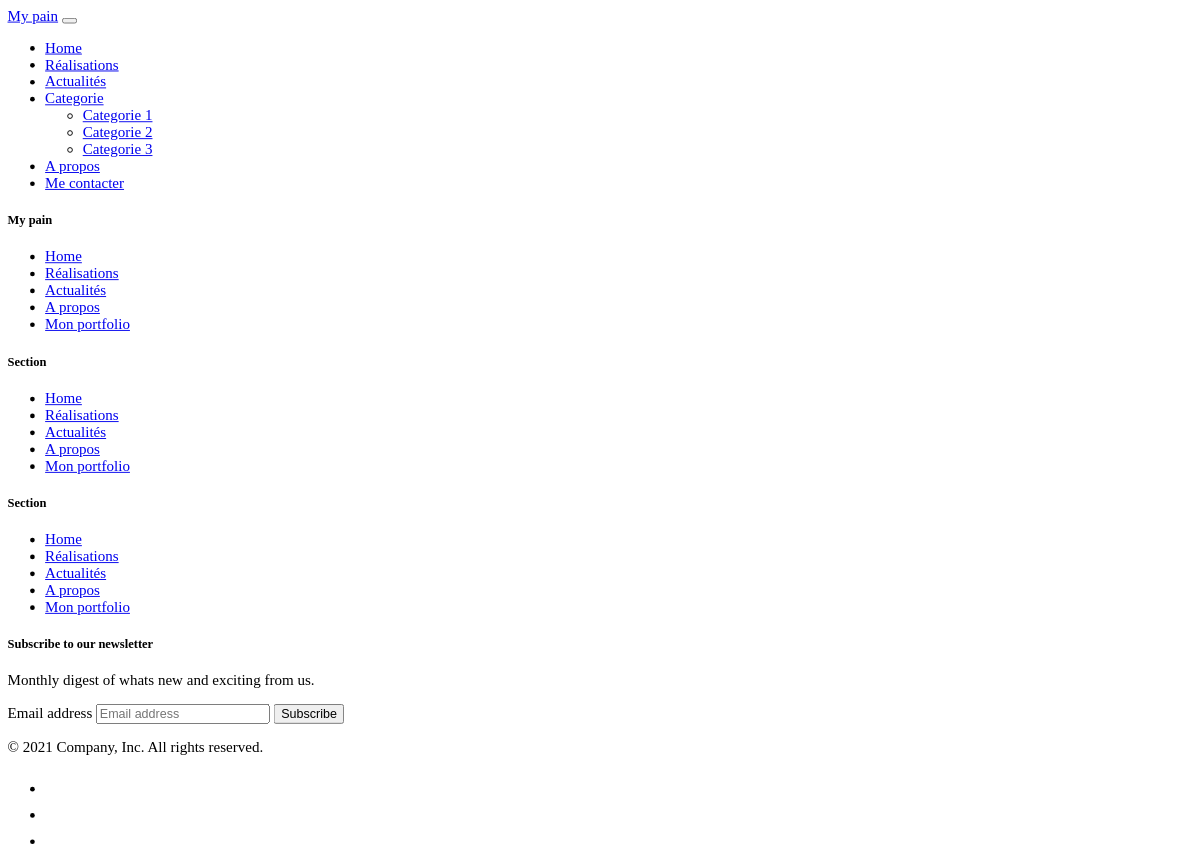
Repository: Amedee7/mypain
Page: templates/a_propos/index.html.twig
These files come from the project's save history. The page is drawn as it stood at one moment and after the next save; the edit follows.
The browser window is 1280 px wide. The pictures show the whole page, at 94% of full size.
The page is a Twig template of a Symfony application; nobody is signed in and links lead nowhere. The template is opened directly, without the code that normally fills it, so the values that code supplies are empty.

Above is the page before, as saved 2022-03-09 17:14:36.

After the next save:
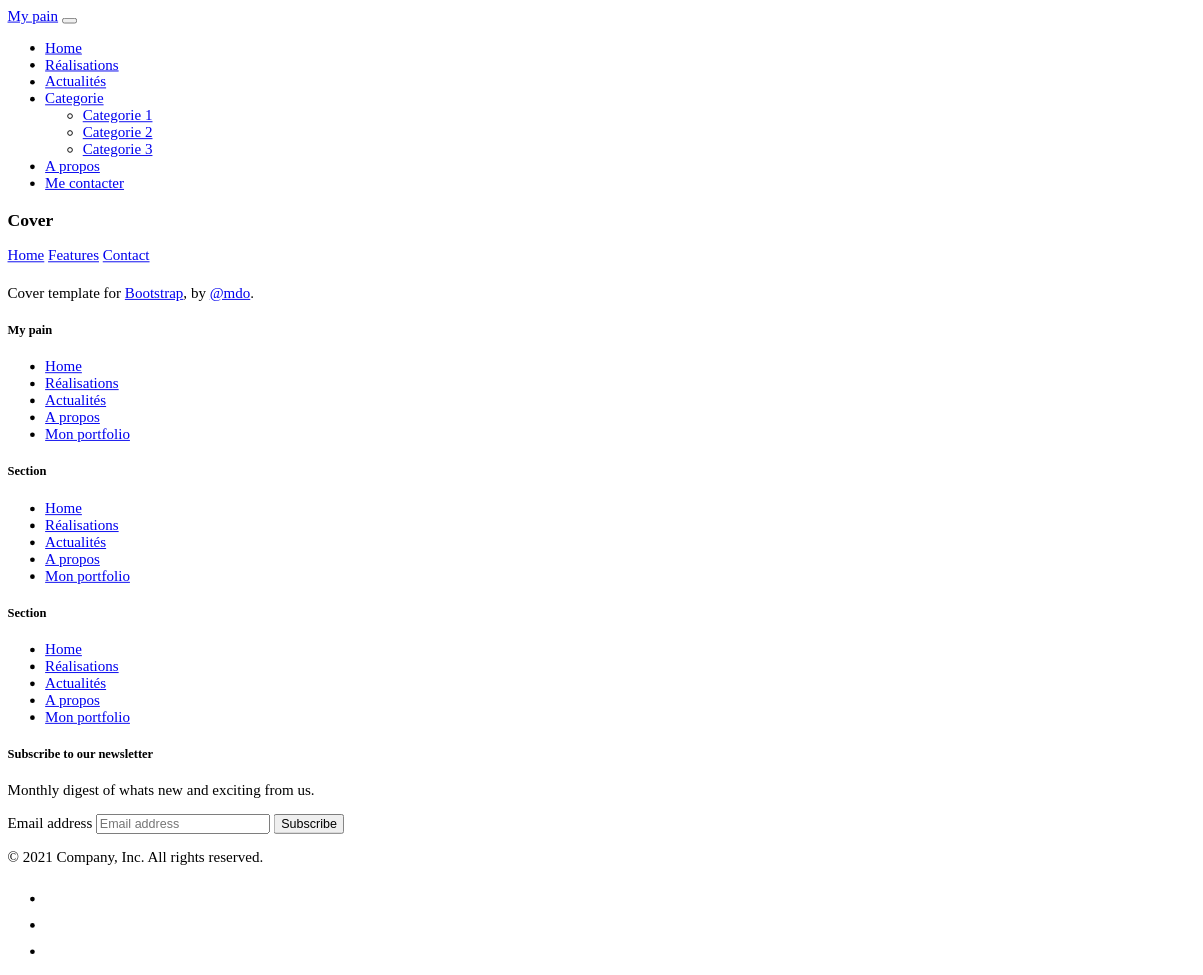
Saved 3 min 7 s later.
--- a/templates/a_propos/index.html.twig
+++ b/templates/a_propos/index.html.twig
@@ -4,11 +4,29 @@
 {% endblock %}
 
 {% block body %}
-	<div class="cover-container d-flex w-100 h-100 p-3 mx-auto flex-column">
+
+	<div class="cover-container d-flex w-100 h-100 p-3 mx-auto flex-column bg-dark">
+		<header class="mb-auto">
+			<div>
+				<h3 class="float-md-start mb-0">Cover</h3>
+				<nav class="nav nav-masthead justify-content-center float-md-end">
+					<a class="nav-link active" aria-current="page" href="#">Home</a>
+					<a class="nav-link" href="#">Features</a>
+					<a class="nav-link" href="#">Contact</a>
+				</nav>
+			</div>
+		</header>
+
 		<main class="px-3">
 			<h1>{{ peintre.prenom }}
 				{{ peintre.nom }}</h1>
 			<p class="lead">{{ peintre.aPropos }}</p>
 		</main>
+
+		<footer class="mt-auto text-white-50">
+			<p>Cover template for
+				<a href="https://getbootstrap.com/" class="text-white">Bootstrap</a>, by
+				<a href="https://twitter.com/mdo" class="text-white">@mdo</a>.</p>
+		</footer>
 	</div>
 {% endblock %}

After the save that followed:
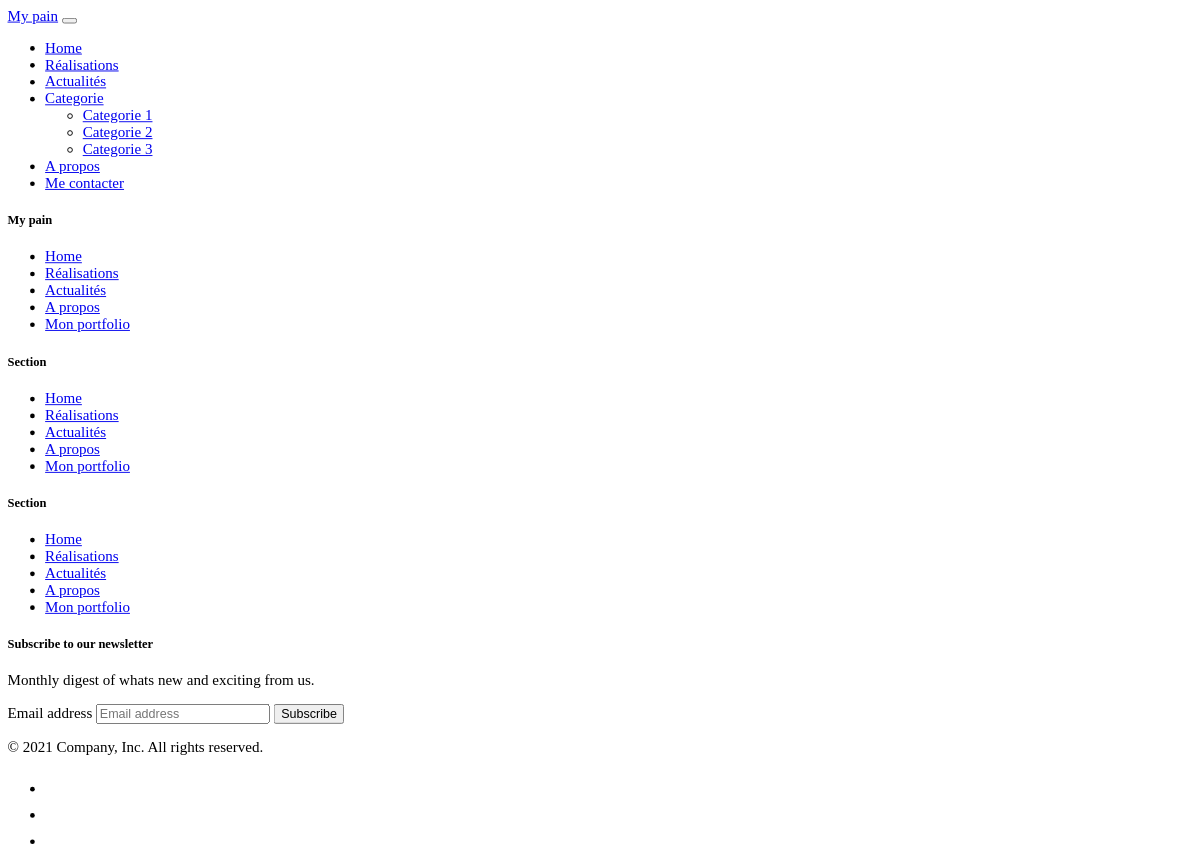
Saved 46 s later.
--- a/templates/a_propos/index.html.twig
+++ b/templates/a_propos/index.html.twig
@@ -6,27 +6,10 @@
 {% block body %}
 
 	<div class="cover-container d-flex w-100 h-100 p-3 mx-auto flex-column bg-dark">
-		<header class="mb-auto">
-			<div>
-				<h3 class="float-md-start mb-0">Cover</h3>
-				<nav class="nav nav-masthead justify-content-center float-md-end">
-					<a class="nav-link active" aria-current="page" href="#">Home</a>
-					<a class="nav-link" href="#">Features</a>
-					<a class="nav-link" href="#">Contact</a>
-				</nav>
-			</div>
-		</header>
-
 		<main class="px-3">
 			<h1>{{ peintre.prenom }}
 				{{ peintre.nom }}</h1>
 			<p class="lead">{{ peintre.aPropos }}</p>
 		</main>
-
-		<footer class="mt-auto text-white-50">
-			<p>Cover template for
-				<a href="https://getbootstrap.com/" class="text-white">Bootstrap</a>, by
-				<a href="https://twitter.com/mdo" class="text-white">@mdo</a>.</p>
-		</footer>
 	</div>
 {% endblock %}
